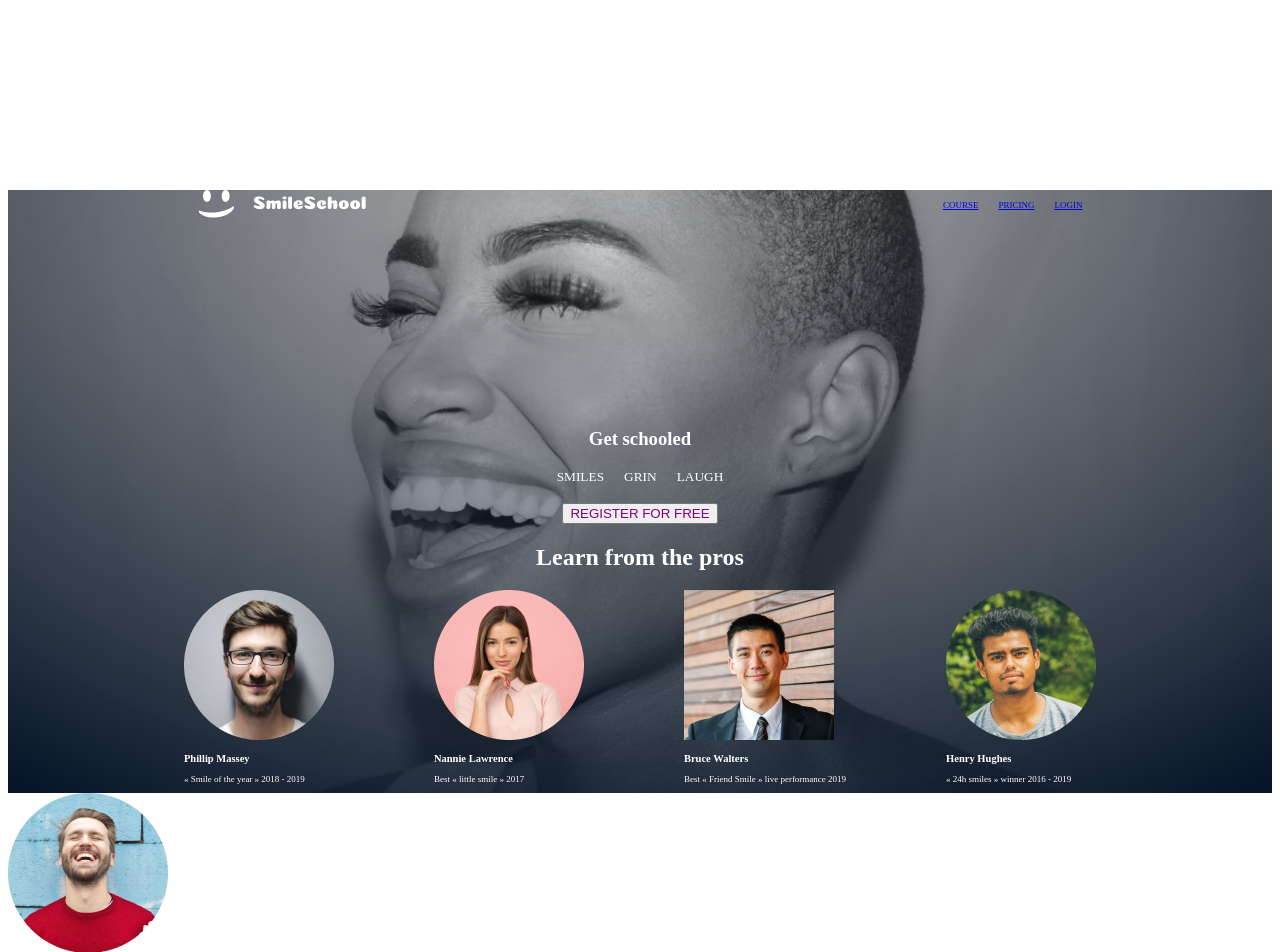
Repository: mwihakiann/alx_html_css
Page: css_advanced/index.html
These files come from the project's save history. The page is drawn as it stood at one moment and after the next save; the edit follows.
The browser window is 1280 px wide. The pictures show the part of the page from y = 0 to 952 px (the page is 3643 px tall).
A picture or video elsewhere on the page could not be fetched, so the positions and the page height are approximate. Some web libraries are served in a nearby version.

Above is the page before, as saved 2025-09-28 18:03:13.

After the next save:
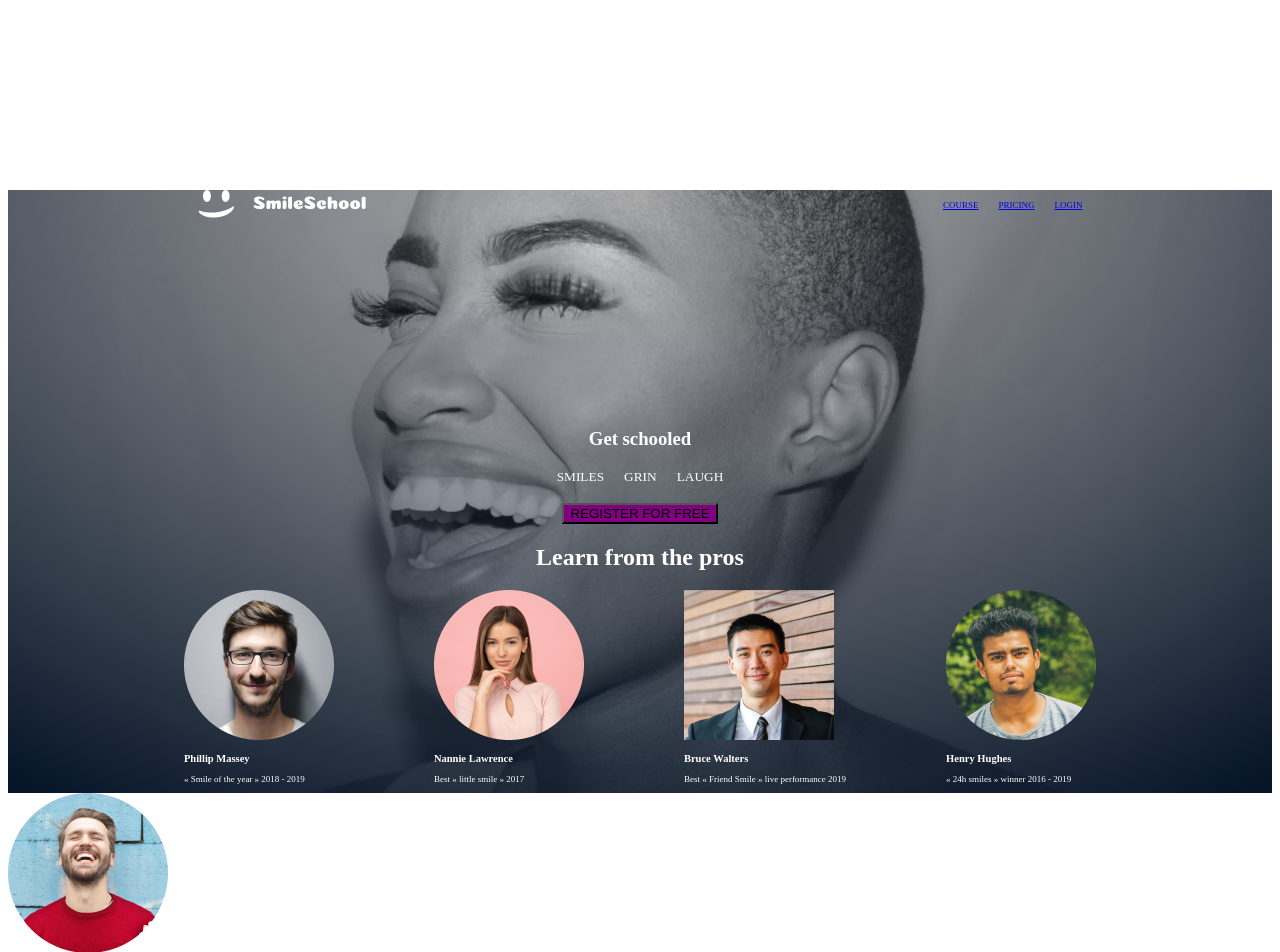
Saved 8 s later.
--- a/css_advanced/styles.css
+++ b/css_advanced/styles.css
@@ -32,7 +32,7 @@ h1{
     font-size: 40;
 }
 .register{
-    color: purple
+    background-color: purple
 }
 .learn-from-pros{
     display: flex;
